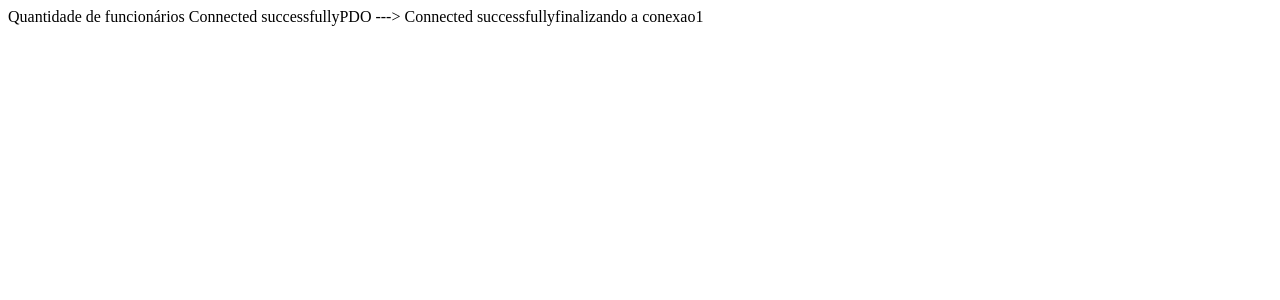
Repository: raphaelLacerda/estudos
Page: http://localhost/php/banco.php
The author's editor kept a copy of each file at every save. The page is drawn from the files as they stood at one save, then again after a run of saves.
The browser window is 1280 px wide. The pictures show the whole page.
The page is run by PHP 8.4 with error messages shown; the project is at /var/www/html/. Queries for data that is not in the repository find no rows.

Above is the page before, as saved 2017-08-18 16:31:12.

After the next 2 saves:
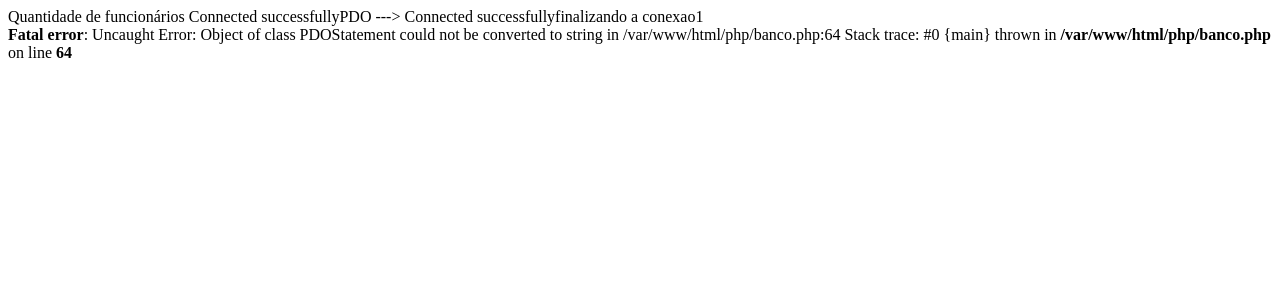
The 2 saves are shown as one change because they came seconds apart.
The last was saved 25 s later.
--- a/php/banco.php
+++ b/php/banco.php
@@ -53,11 +53,15 @@ $conn = null;
 //executar insert ==> $conn->query($sql) (mysqli) || $conn->exec($sql)
 //select
 $sql = "SELECT id, firstname, lastname FROM MyGuests";
-//$result = $conn->query($sql); // mysqlLi
+$resultado = $conn->query($sql); // mysqlLi
+
+
 $stmt = $conn->prepare("select * from FUNCIONARIO");
 $stmt->execute();
 $result = $stmt->setFetchMode(\PDO::FETCH_ASSOC);
-echo $result
+echo $result;
+
+echo $resultado;
 ?>
 </body>
 </html>
